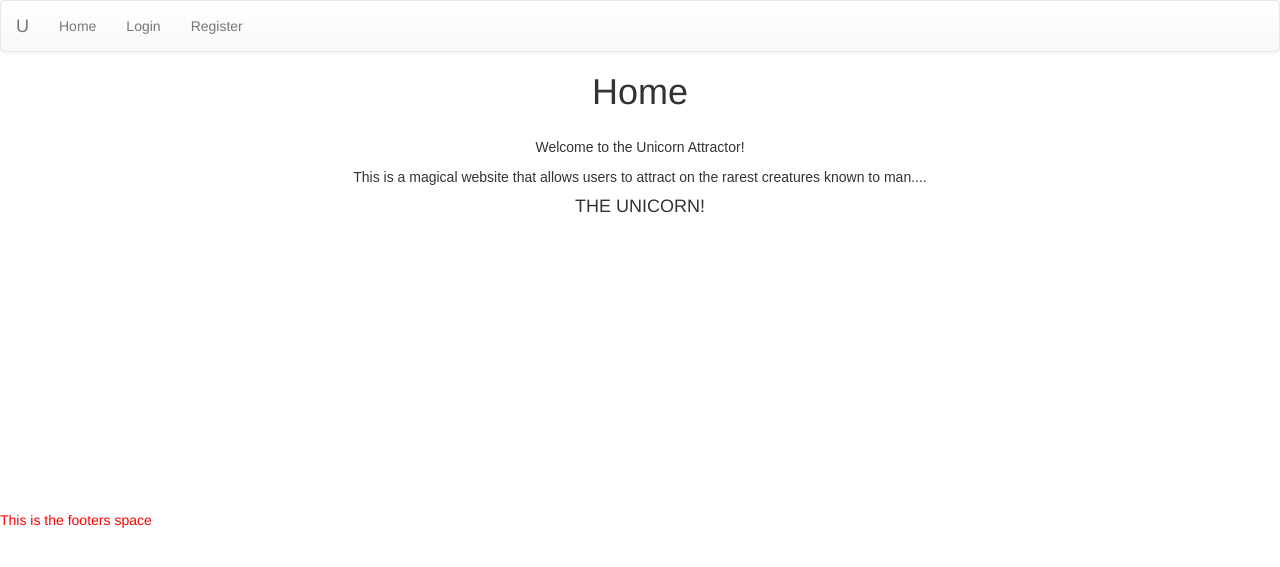
Repository: h8130084/UnicornAttractor
Page: accounts/templates/index.html
The author's editor kept a record of every edit. The page is drawn from the files as they stood at one moment, then again after the next edit.
The browser window is 1280 px wide. The pictures show the whole page.
Some web fonts or font styles are not loaded; a fallback is used. Some web libraries are served in a nearby version. The template is drawn by Django 2.2. The application's start-up code is not run. Other server files are loaded and not shown. The template is opened directly, without the code that normally fills it, so the values that code supplies are empty.

Above is the page before.

### accounts/templates/index.html
{% extends 'base.html' %}
{% block page_title %}Home Page{% endblock %}
{% block page_heading %}Home{% endblock %}
{% block content %}


    <div class="center">
        <p>Welcome to the Unicorn Attractor!</p>
    </div>
    <div class="center">
        <p> This is a magical website that allows users to attract on  the rarest creatures known to man....<br>
        <h4> THE UNICORN!</h4></p>
    </div>



{% endblock %}

### templates/base.html
<!DOCTYPE html> {% load staticfiles %}
<html lang="en">

<head>
    <meta charset="UTF-8">
    <meta name="viewport" content="width=device-width, initial-scale=1.0">
    <meta http-equiv="X-UA-Compatible" content="ie=edge">
    <link rel="stylesheet" href="{% static 'css/styles.css' %}" type="text/css" />

    <!-- Latest compiled and minified CSS -->
    <link rel="stylesheet" href="https://maxcdn.bootstrapcdn.com/bootstrap/3.3.7/css/bootstrap.min.css" integrity="sha384-BVYiiSIFeK1dGmJRAkycuHAHRg32OmUcww7on3RYdg4Va+PmSTsz/K68vbdEjh4u" crossorigin="anonymous">

    <!-- Optional theme -->
    <link rel="stylesheet" href="https://maxcdn.bootstrapcdn.com/bootstrap/3.3.7/css/bootstrap-theme.min.css" integrity="sha384-rHyoN1iRsVXV4nD0JutlnGaslCJuC7uwjduW9SVrLvRYooPp2bWYgmgJQIXwl/Sp" crossorigin="anonymous">

    <!-- google fonts -->
    <link href="https://fonts.googleapis.com/css?family=Sulphur+Point&display=swap" rel="stylesheet">

    <!-- JQuery -->
    <script src="https://code.jquery.com/jquery-3.2.1.min.js" integrity="sha256-hwg4gsxgFZhOsEEamdOYGBf13FyQuiTwlAQgxVSNgt4=" crossorigin="anonymous"></script>

    <!-- Latest compiled and minified JavaScript -->
    <script src="https://maxcdn.bootstrapcdn.com/bootstrap/3.3.7/js/bootstrap.min.js" integrity="sha384-Tc5IQib027qvyjSMfHjOMaLkfuWVxZxUPnCJA7l2mCWNIpG9mGCD8wGNIcPD7Txa" crossorigin="anonymous"></script>

    {% block head_js %}{% endblock %}

    <title>{% block page_title %}{% endblock %}</title>
</head>

<body>

<!--Taken from Bootstrap-->
<nav class="navbar navbar-default">
  <div class="container-fluid">
    <!-- Brand and toggle get grouped for better mobile display -->
    <div class="navbar-header">
      <button type="button" class="navbar-toggle collapsed" data-toggle="collapse" data-target="#bs-example-navbar-collapse-1" aria-expanded="false">
        <span class="sr-only">Toggle navigation</span>
        <span class="icon-bar"></span>
        <span class="icon-bar"></span>
        <span class="icon-bar"></span>
      </button>
      <a class="navbar-brand" href="{% url 'index' %}">U</a>
    </div>

    <!-- Collect the nav links, forms, and other content for toggling -->
    <div class="collapse navbar-collapse" id="bs-example-navbar-collapse-1">
      <ul class="nav navbar-nav">
            {% if user.is_authenticated %}
            <li><a href="{% url 'index' %}">Home</a></li>
            <li><a href="{% url 'profile' %}">Profile</a></li>
            <li><a href="{% url 'bug' %}">Bugs and Features</a></li>
            <li><a href="{% url 'logout' %}">Logout</a></li>
            <li><a href="{% url 'view_cart' %}">Basket</a></li>

            {% else %}
            <li><a href="{% url 'index' %}">Home</a></li>
            <li><a href="{% url 'login' %}">Login</a></li>
            <li><a href="{% url 'registration' %}">Register</a></li>

            {% endif %}
        </ul>
    </div><!-- /.navbar-collapse -->
  </div><!-- /.container-fluid -->
</nav>



    {% if messages %}
    <div class="row">
        <div class="alert alert-warning">
            {% for message in messages %} {{ message }} {% endfor %}
        </div>
    </div>
    {% endif %}

    <h1 class="page_title">
        {% block page_heading %}{% endblock %}
    </h1>
    <div class="container">
        {% block content %}{% endblock %}
    </div>
</body>

<footer>
    This is the footers space
</footer>

</html>

### static/css/styles.css
@import url('https://fonts.googleapis.com/css?family=Sulphur+Point&display=swap');

.navbar.navbar-default{
    margin-bottom: 0;
}

.page_title {
    text-align: center;
    margin-bottom: 25px;
}

h1, p {
    font-family: 'Sulphur Point', sans-serif;
}
.containter {
    font-family: 'Sulphur Point', sans-serif;
    position: relative;
}

.home-text{
    font-size: 20px;
}

html, body{ height:100%; margin:0; }

footer{
    height:210px;
    margin-top: 10px;
}

body{
  display:flex;
  flex-direction:column;
}

footer{
  margin-top:auto;
  color: red;
}

/*registration page*/

.already_account{
    margin-top: 25px;
    width: 50%;
    margin-left: 25%;
}

.registration {
    margin-top: 25px;
}

.form-box{
    border: 1px solid black;
    border-radius: 5px;
    padding: 10px;
    width: 60%;
    margin-left: 20%;
}

.text-input{
    border-radius: 5px;
    width: 100%;
    margin-bottom: 10px;
}

.text-box{
    border-radius: 5px;
    width: 100%;
    margin-bottom: 10px;
}

.select-input{
    margin-bottom: 10px;
}

.auth-forms{
    width: 50%;
    margin-left: 25%;
}

.comments-section{
    width: 60%;
    margin-left: 20%;
    border: 1px solid black;
    border-radius: 5px;
    margin-bottom: 10px;
    padding: 5px;
}

.comment-name{
    font-weight: bold;
    font-size: 20px;
}

.comment-time{
    font-style: italic;
    font-size: 14px;
}

.comment{
    font-size: 18px;
}

.comments-header{
    text-align: center;
    font-family: 'Sulphur Point', sans-serif;
}

.description-section{
    margin-left: 20%;
    width: 60%;
    border: 1px solid black;
    border-radius: 5px;
    padding: 5px;
    margin-bottom: 10px;
}

.description{
    font-size: 20px;
}

.center{
    text-align: center;
    margin-bottom: 10px;
}

.adjust-input{
    width: 60%;
    border-radius: 5px;
}

.total{
    font-size: 20px;
    font-weight: bold;
}

After the next edit:
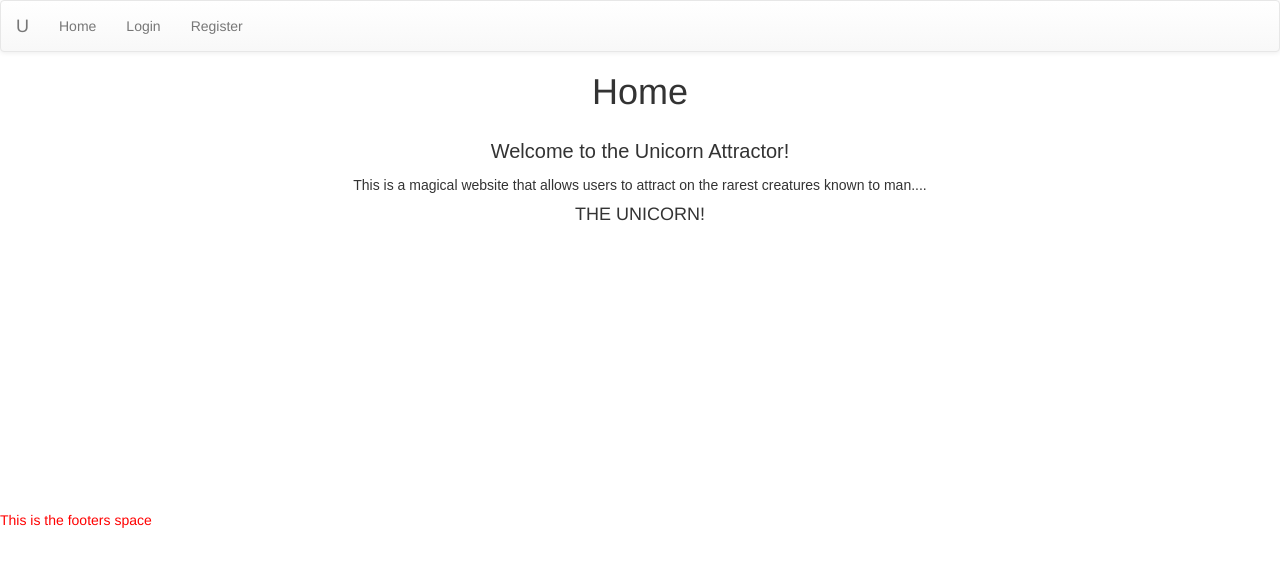
The edit:
--- a/accounts/templates/index.html
+++ b/accounts/templates/index.html
@@ -5,7 +5,7 @@
 
 
     <div class="center">
-        <p>Welcome to the Unicorn Attractor!</p>
+        <p class="home-text">Welcome to the Unicorn Attractor!</p>
     </div>
     <div class="center">
         <p> This is a magical website that allows users to attract on  the rarest creatures known to man....<br>
